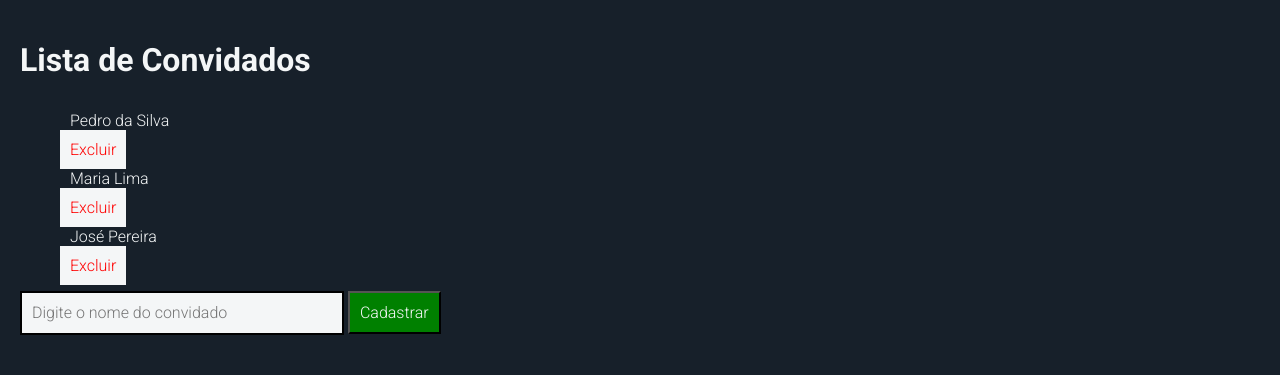
Repository: andrevff/lista-de-convidados
Page: index.html
An editor plug-in stored every save of this project. The page is shown before and after the next save, followed by the edit.
The browser window is 1280 px wide. The pictures show the whole page.

Above is the page before, as saved 2022-11-29 17:57:33.

After the next save:
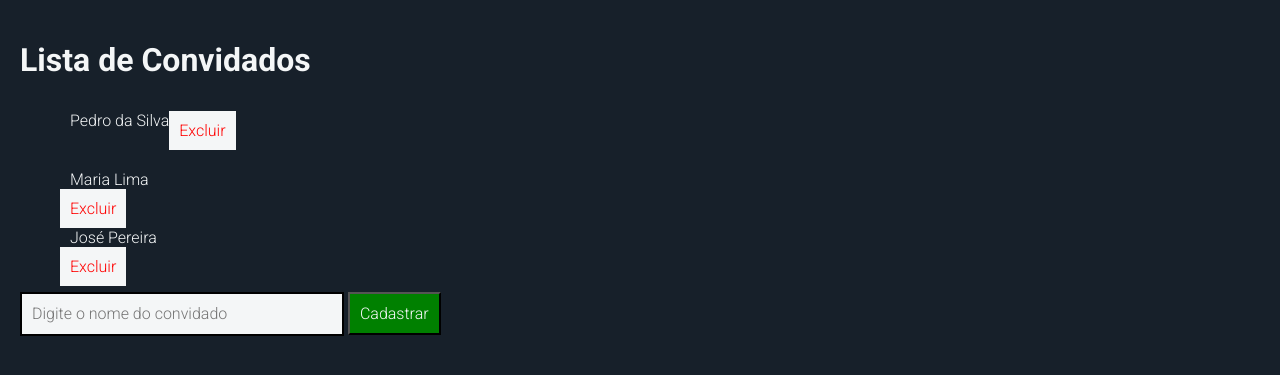
Saved 23 s later.
--- a/index.html
+++ b/index.html
@@ -11,8 +11,8 @@
     <div id="app">
         <h1>Lista de Convidados</h1>
         <ul id="lista">
-            <li>Pedro da Silva</li>
-            <a href="#">Excluir</a>
+            <li>Pedro da Silva<a href="#">Excluir</a></li>
+
             <li>Maria Lima</li>
             <a href="#">Excluir</a>
             <li>José Pereira</li>
